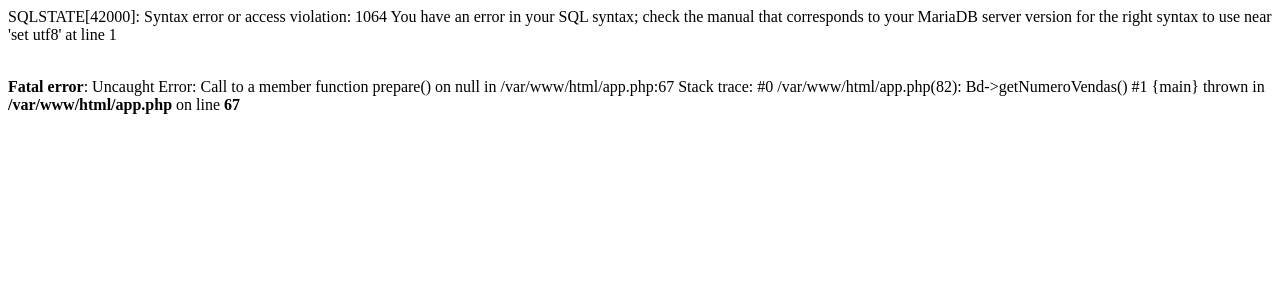
Repository: FredeRibeiro/htdocs-Desenvolvimento-Web-Completo-2019
Page: http://localhost/app.php
These files come from the project's save history. The page is drawn as it stood at one moment and after the next save; the edit follows.
The browser window is 1280 px wide. The pictures show the whole page.
The page is run by PHP 8.4 with error messages shown; the project is at /var/www/html/.

Above is the page before, as saved 2019-10-29 18:39:59.

After the next save:
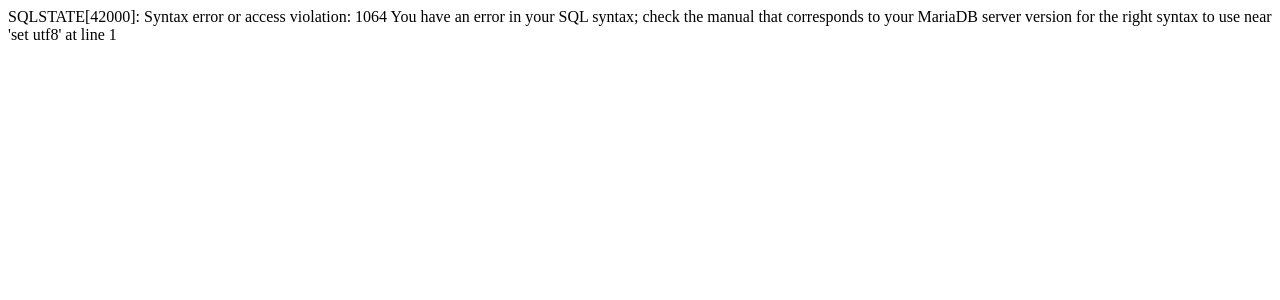
Saved 92 s later.
--- a/app_dashboard/app.php
+++ b/app_dashboard/app.php
@@ -62,11 +62,11 @@
                   from
                     tb_vendas
                    where
-                    data_venda between :data_inicio and :data_fim';
+                    data_venda between ? and ?';
 
         $stmt = $this->conexao->prepare($query);
-        $stmt->bindValue(':data_inicio', '2018-08-01');
-        $stmt->bindValue(':data_fim', '2018-08-31');
+        $stmt->bindValue(1, '2018-08-01');
+        $stmt->bindValue(2, '2018-08-31');
         $stmt->execute();
 
         return $stmt->fetch(PDO::FETCH_OBJ);
@@ -77,6 +77,3 @@
 $conexao = new Conexao();
 
 $bd = new Bd($conexao, $dashboard);
-
-
-print_r($bd->getNumeroVendas());
